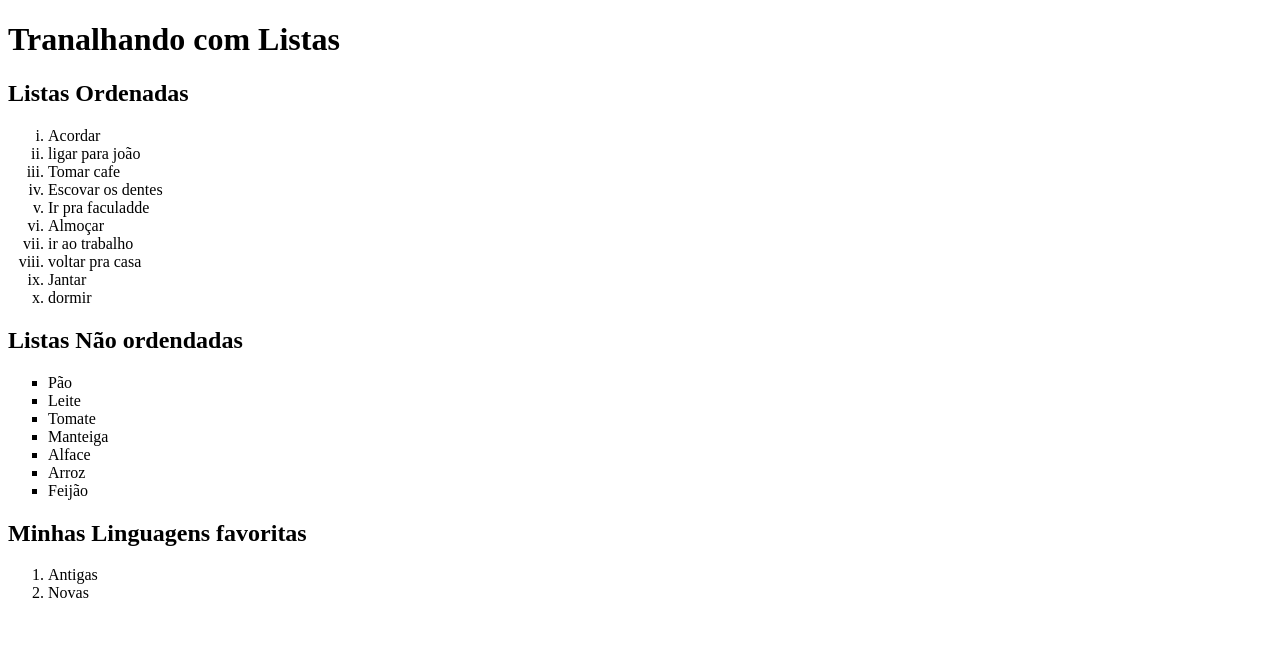
Repository: pheonix5/Estudo
Page: html-css/exercicios/ex009/index.html
These files come from the project's save history. The page is drawn as it stood at one moment and after the next save; the edit follows.
The browser window is 1280 px wide. The pictures show the whole page.

Above is the page before, as saved 2023-08-01 22:26:18.

### html-css/exercicios/ex009/index.html
<!DOCTYPE html>
<html lang="pt-br">
<head>
  <meta charset="UTF-8">
  <meta name="viewport" content="width=device-width, initial-scale=1.0">
  <title>Listas</title>
</head>
<body>
  <h1>Tranalhando com Listas</h1>
  <h2>Listas Ordenadas</h2>

  <ol type="i"> <!-- 1 A a I i -->
    <li>Acordar</li>
    <li>ligar para joão</li>
    <li>Tomar cafe</li>
    <li>Escovar os dentes</li>
    <li>Ir pra faculadde</li>
    <li>Almoçar</li>
    <li>ir ao trabalho</li>
    <li>voltar pra casa</li>
    <li>Jantar</li>
    <li>dormir</li>
  </ol>

  <h2>Listas Não ordendadas</h2>
  <ul type="square"> <!-- disc circle square -->
    <li>Pão</li>
    <li>Leite</li>
    <li>Tomate</li>
    <li>Manteiga</li>
    <li>Alface</li>
    <li>Arroz</li>
    <li>Feijão</li>
  </ul>

  <h2>Minhas Linguagens favoritas </h2>
  <ol>
    <li>Antigas</li>
    <li>Novas</li>
  </ol>
</body>
</html>

After the next save:
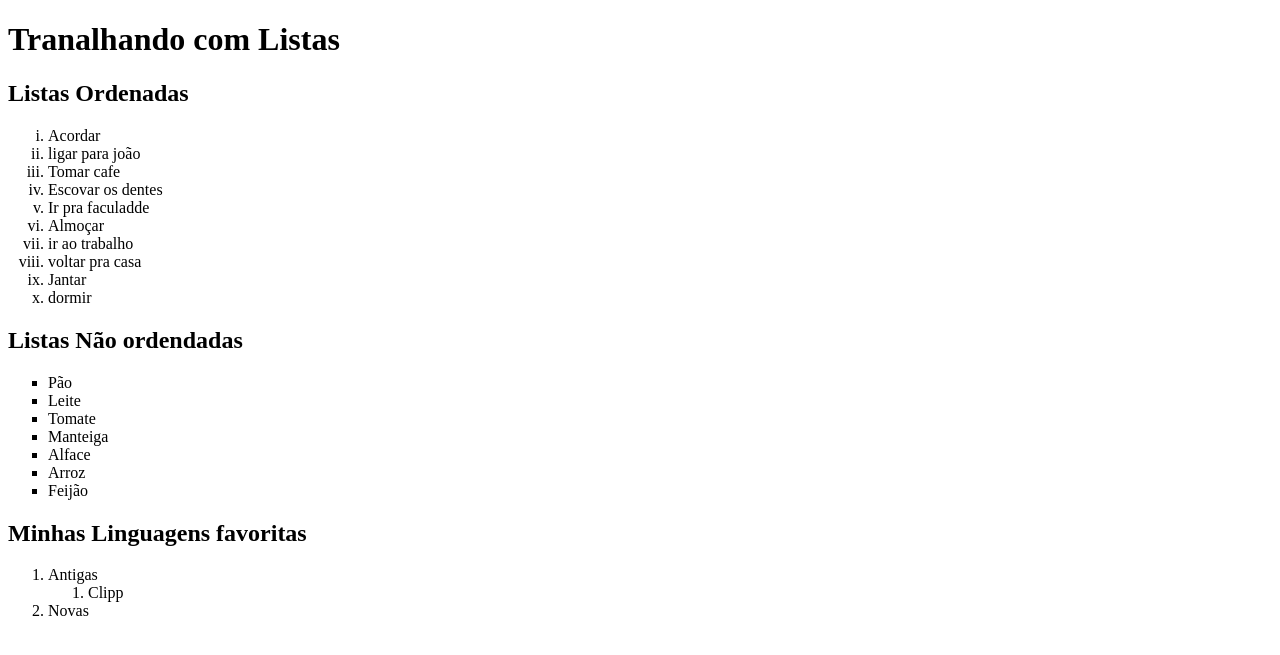
Saved 41 s later.
--- a/html-css/exercicios/ex009/index.html
+++ b/html-css/exercicios/ex009/index.html
@@ -36,6 +36,9 @@
   <h2>Minhas Linguagens favoritas </h2>
   <ol>
     <li>Antigas</li>
+    <ol>
+      <li>Clipp</li>
+    </ol>
     <li>Novas</li>
   </ol>
 </body>
